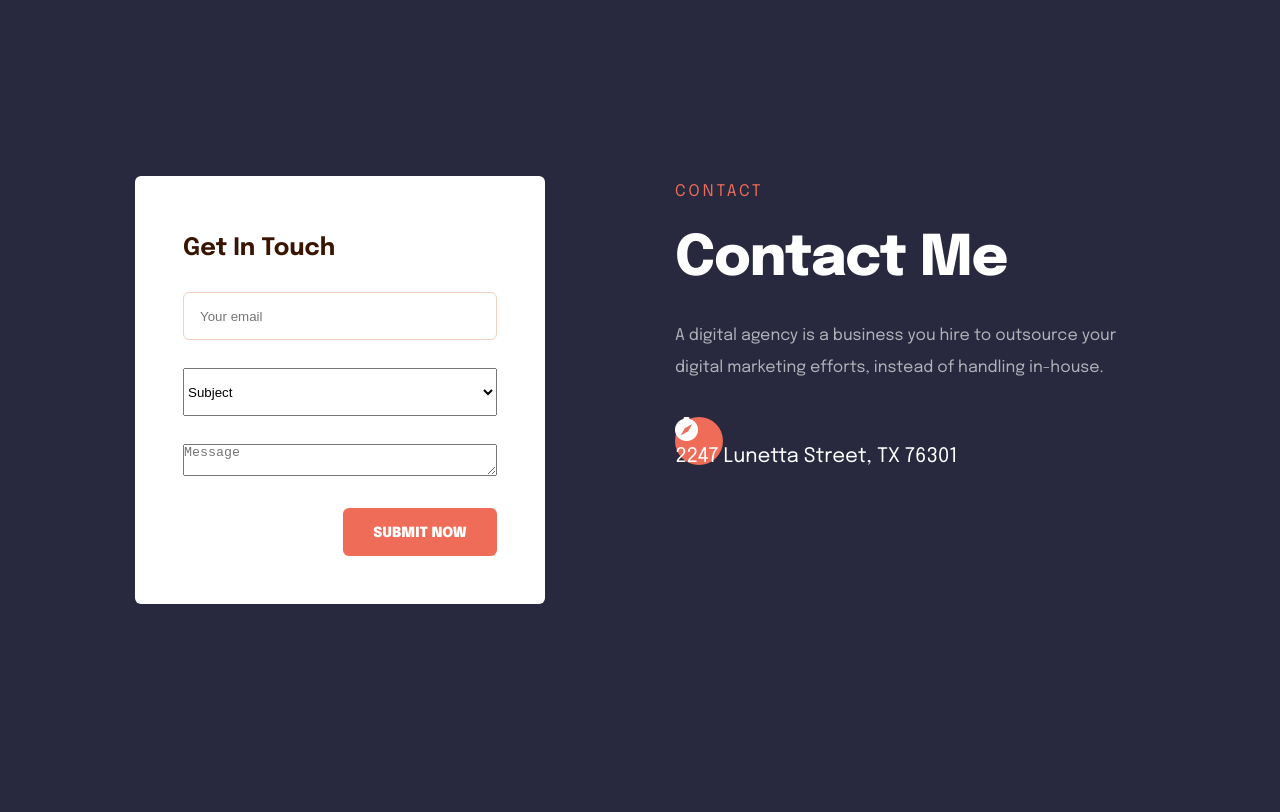
Repository: simralgasimov/contact-me
Page: index.html
An editor plug-in stored every save of this project. The page is shown before and after a run of saves, followed by the edit.
The browser window is 1280 px wide. The pictures show the whole page.

Above is the page before, as saved 2023-10-04 13:29:33.

### index.html
<!DOCTYPE html>
<html lang="en">
  <head>
    <meta charset="UTF-8" />
    <meta name="viewport" content="width=device-width, initial-scale=1.0" />
    <title>Document</title>
    <link rel="stylesheet" href="./index.css" />
  </head>
  <body>
    <div class="container">
        <form action="">
          <p>Get In Touch</p>
          <label for="">
            <input type="email" placeholder="Your email" />
          </label>

          <label for="subject">
            <select name="" id="subject">
              <option value="subject">Subject</option>
              <option value="subject">Subject</option>
              <option value="subject">Subject</option>
            </select>
          </label>

          <label for="">
            <textarea name=""  placeholder="Message" id=""></textarea>
            <!-- <input type="textarea" name="" id="" /> -->
          </label>
          <button><a href="">Submit Now</a></button>
        </form>


      <div class="contact-me">
        <h1>Contact</h1>
        <h2>Contact Me</h2>
        <p>
          A digital agency is a business you hire to outsource your digital
          marketing efforts, instead of handling in-house.
        </p>
        <div class="cirycle">
          <img src="./img/Shape.png" alt="" />
          <p>2247 Lunetta Street, TX 76301</p>
        </div>
      </div>
    </div>
  </body>
</html>

### index.css
@import url("https://fonts.googleapis.com/css2?family=Epilogue:wght@400;700;800;900&display=swap");
* {
  margin: 0;
  padding: 0;
  box-sizing: border-box;
}

.container {
  padding: 176px 135px 208px 135px;
  background: #28293e;
  display: flex;
  /* justify-content: space-between; */
}

.container p {
  margin-bottom: 27px;
  color: var(--Text_Dark, #391400);
  font-feature-settings: "clig" off, "liga" off;

  font-family: Epilogue;
  font-size: 24px;
  font-style: normal;
  font-weight: 700;
  line-height: 32px;
}

.container form {
  width: 570px;
  margin-right: 130px;
  border-radius: 6px;
  background: #fff;
}

.container input {
  padding: 16px;
  border-radius: 6px;
  border: 1px solid #f3d1bf;
  background: #fff;
}

.container form label {
  display: block;
  margin-bottom: 28px;
}
.container  form {
  padding: 57px 48px 48px 48px;
}
.container input,
.container textarea,
.container select
{
  width: 100%;
}
.container  form [type="email"] {
  height: 48px;
}

.container  form [id="subject"] {
  height: 48px;
}

.container  form [type="textarea"] {
  height: 135px;
}

.container form button {
  width: 154px;
  height: 48px;
  border-radius: 6px;
  background: #ef6d58;
  border: none;
  float: right;
}

.container form button a {
  text-decoration: none;
  color: #fff;
  text-align: center;
  font-family: Epilogue;
  font-size: 14px;
  font-style: normal;
  font-weight: 900;
  line-height: normal;
  text-transform: uppercase;
}

.container .contact-me h1 {
  margin-bottom: 20px;
  width: 86px;
  color: var(--Text_Light_Accent, #ef6d58);
  font-feature-settings: "clig" off, "liga" off;
  font-family: Epilogue;
  font-size: 16px;
  font-style: normal;
  font-weight: 400;
  line-height: 32px;
  letter-spacing: 3px;
  text-transform: uppercase;
}

.container .contact-me h2 {
  margin-bottom: 28px;
  width: 334px;
  color: var(--Text_Light, #fff);
  font-feature-settings: "clig" off, "liga" off;
  font-family: Epilogue;
  font-size: 56px;
  font-style: normal;
  font-weight: 800;
  line-height: 64px;
  letter-spacing: -1px;
}

.container .contact-me p {
  margin-bottom: 33px;
  width: 470px;
  color: var(--Text_Light_Gray, rgba(255, 255, 255, 0.64));
  font-feature-settings: "clig" off, "liga" off;

  font-family: Epilogue;
  font-size: 16px;
  font-style: normal;
  font-weight: 400;
  line-height: 32px;
}

.container .contact-me .cirycle {
  /* position: relative; */
  width: 48px;
  height: 48px;
  background-color: #ef6d58;
  border-radius: 50%;
}

.container .contact-me .cirycle img {
  /* position: absolute; */
  /* margin: 13px; */

  display: flex;
  justify-content: center;
  align-content: center;
}

.container .contact-me .cirycle p {
  display: flex;
  justify-content: center;
  align-items: center;
  align-content: center;
  /* margin-left: 90px; */
  width: 283px;
  color: var(--Text_Light, #fff);
  font-feature-settings: "clig" off, "liga" off;

  font-family: Epilogue;
  font-size: 20px;
  font-style: normal;
  font-weight: 400;
  line-height: 32px;
}

After the next 2 saves:
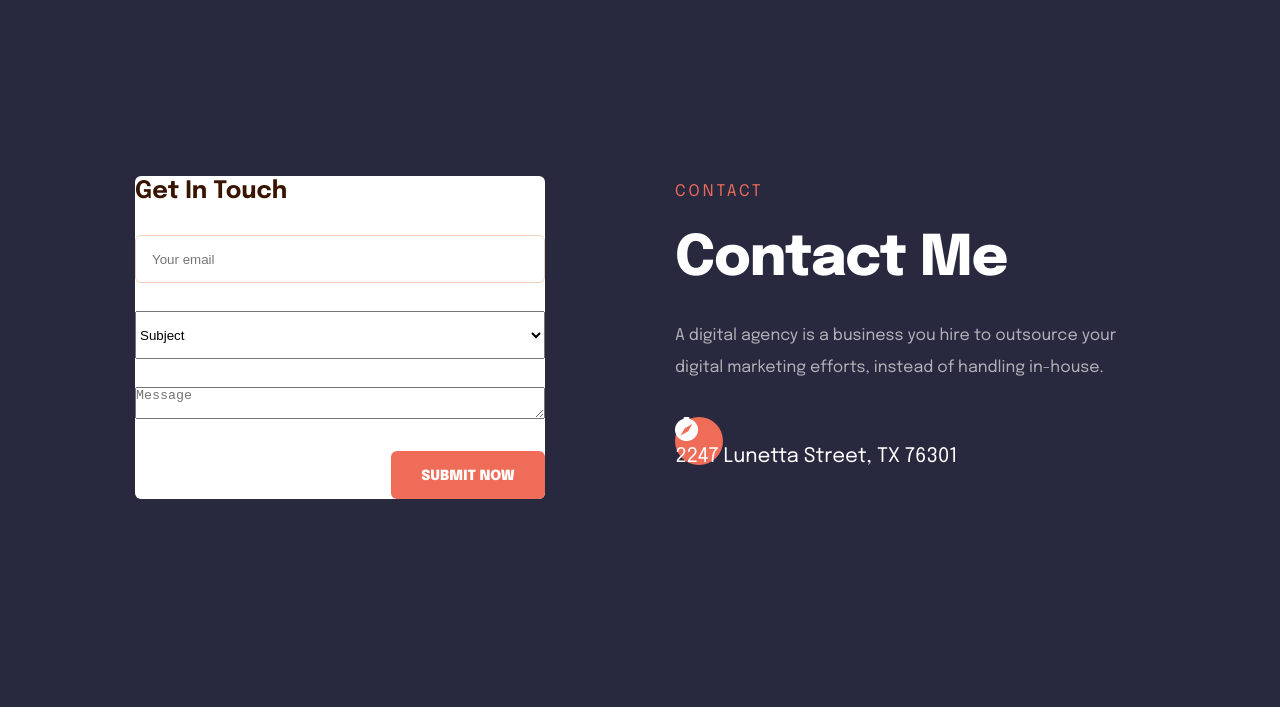
The 2 saves are shown as one change because they came seconds apart.
The last was saved 10 s later.
--- a/index.css
+++ b/index.css
@@ -42,9 +42,7 @@
   display: block;
   margin-bottom: 28px;
 }
-.container  form {
-  padding: 57px 48px 48px 48px;
-}
+
 .container input,
 .container textarea,
 .container select

After the save that followed:
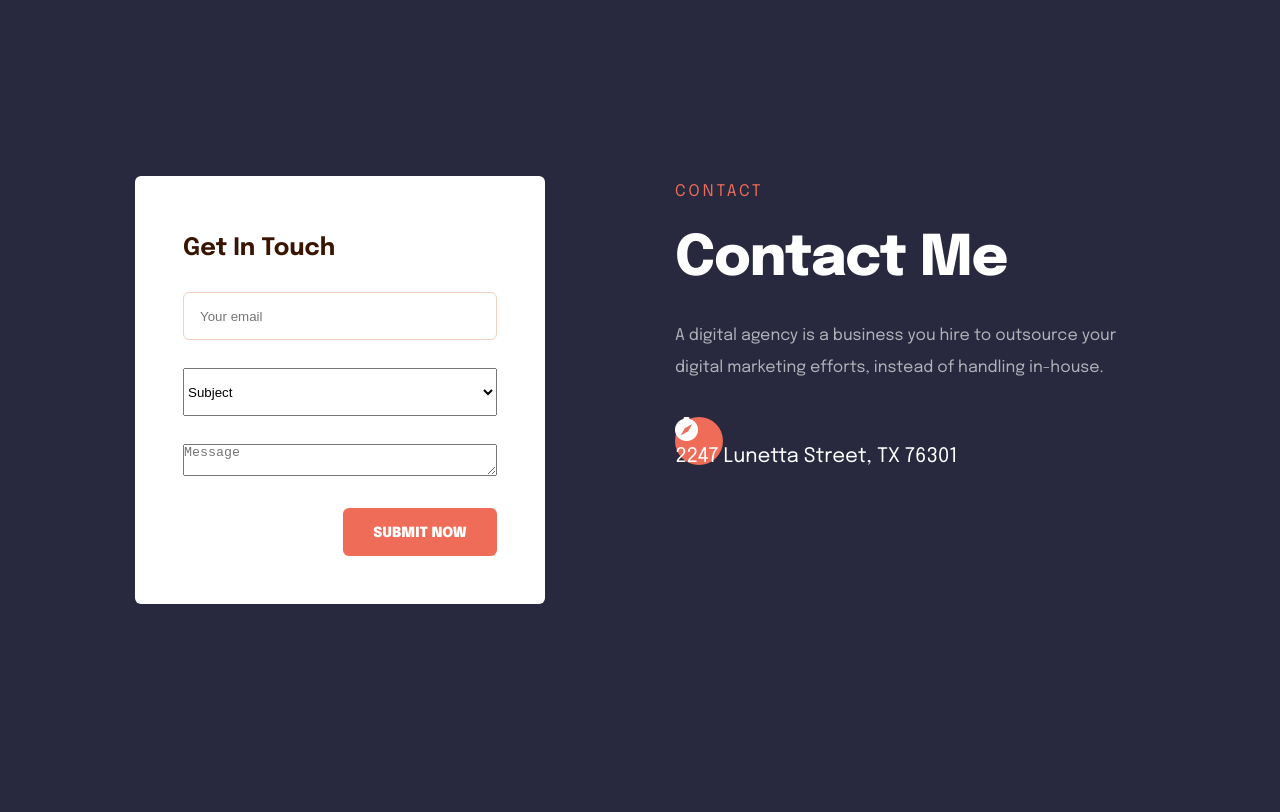
Saved 5 s later.
--- a/index.css
+++ b/index.css
@@ -27,6 +27,7 @@
 .container form {
   width: 570px;
   margin-right: 130px;
+  padding: 57px 48px 48px 48px;
   border-radius: 6px;
   background: #fff;
 }
